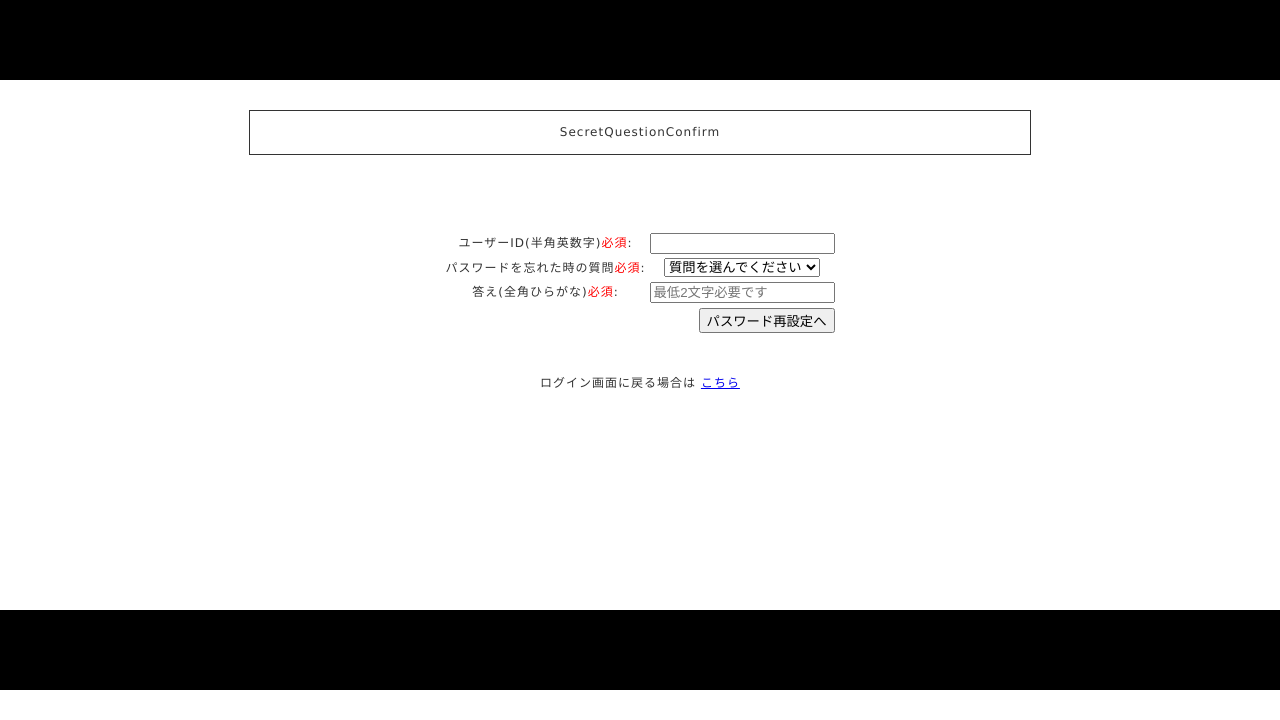
Repository: y321sudo/test2
Page: http://localhost/Yukazon/secretQuestionConfirm.jsp
The author's editor kept a copy of each file at every save. The page is drawn from the files as they stood at one save, then again after the next save.
The browser window is 1280 px wide. The pictures show the whole page.
The page is served by Tomcat 9.

Above is the page before, as saved 2018-02-23 06:41:04.

After the next save:
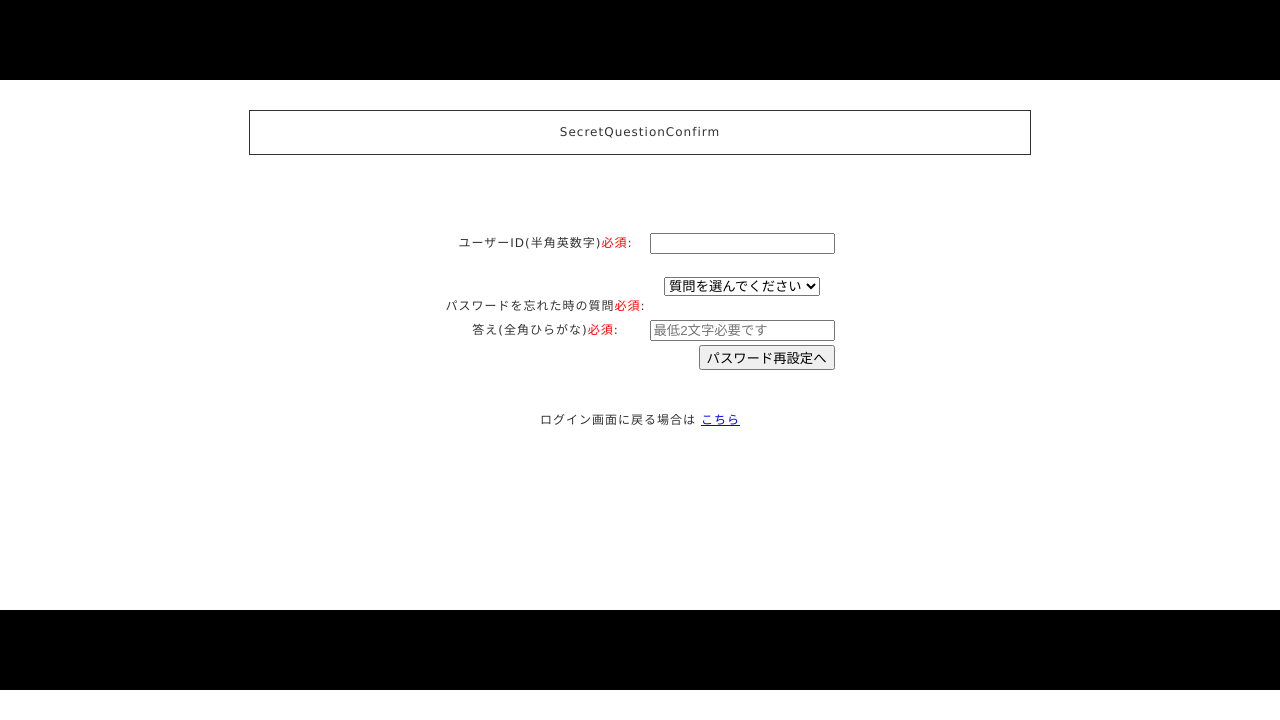
Saved 46 s later.
--- a/Yukazon/WebContent/secretQuestionConfirm.jsp
+++ b/Yukazon/WebContent/secretQuestionConfirm.jsp
@@ -81,7 +81,7 @@
 				</tr>
 				<tr>
 					<td>
-						<label>パスワードを忘れた時の質問<font color="red">必須</font>:</label>
+						<label><br><br>パスワードを忘れた時の質問<font color="red">必須</font>:</label>
 					</td>
 					<td>
 						<select name="secretQuestion">
